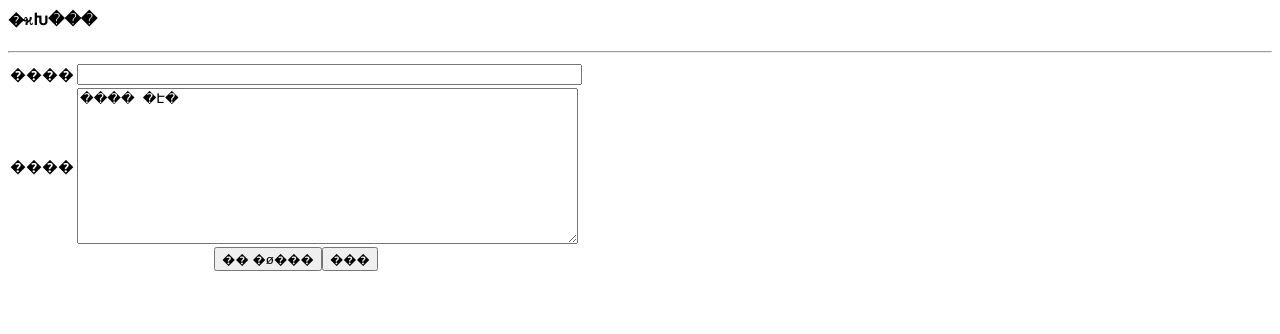
Repository: 2ujin/2018-PHP-afterschool
Page: http://localhost/CH06/ch06_05.php
An editor plug-in stored every save of this project. The page is shown before and after the next save, followed by the edit.
The browser window is 1280 px wide. The pictures show the whole page.
The page is run by PHP 8.4 with error messages shown; the project is at /var/www/html/.

Above is the page before, as saved 2018-07-31 01:10:59.

### PHPStudy/CH06/ch06_05.php
<html>
<h4>미니게시판</h4><hr>
<table  width = "60" cellspacing="1" cellpaddding="4">
<tr><td>제목</td><td><input type = text size = 60 id = title></input></td></tr>
<tr><td valign = "middle">내용</td><td><textarea name = "content" cols = "60" rows = "10">내용 입력</textarea></td></tr>
<tr><td colspan = "2" align="center"><input type = "submit" value = "글 올리기" id = "submit"><input type="submit" value = "취소" id = "cancel"></td></tr>
</table>

</html>
<?php

?>

After the next save:
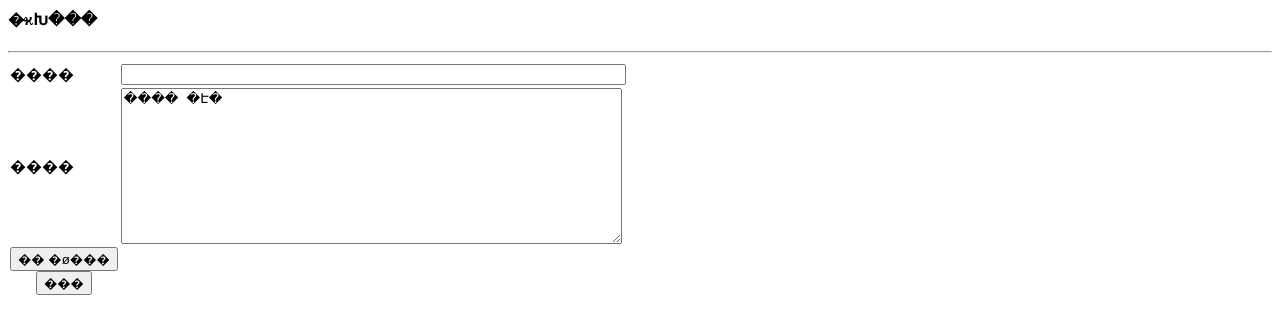
Saved 16 s later.
--- a/PHPStudy/CH06/ch06_05.php
+++ b/PHPStudy/CH06/ch06_05.php
@@ -3,7 +3,7 @@
 <table  width = "60" cellspacing="1" cellpaddding="4">
 <tr><td>제목</td><td><input type = text size = 60 id = title></input></td></tr>
 <tr><td valign = "middle">내용</td><td><textarea name = "content" cols = "60" rows = "10">내용 입력</textarea></td></tr>
-<tr><td colspan = "2" align="center"><input type = "submit" value = "글 올리기" id = "submit"><input type="submit" value = "취소" id = "cancel"></td></tr>
+<tr><td colspan = "1" align="center"><input type = "submit" value = "글 올리기" id = "submit"><input type="submit" value = "취소" id = "cancel"></td></tr>
 </table>
 
 </html>

After the save that followed:
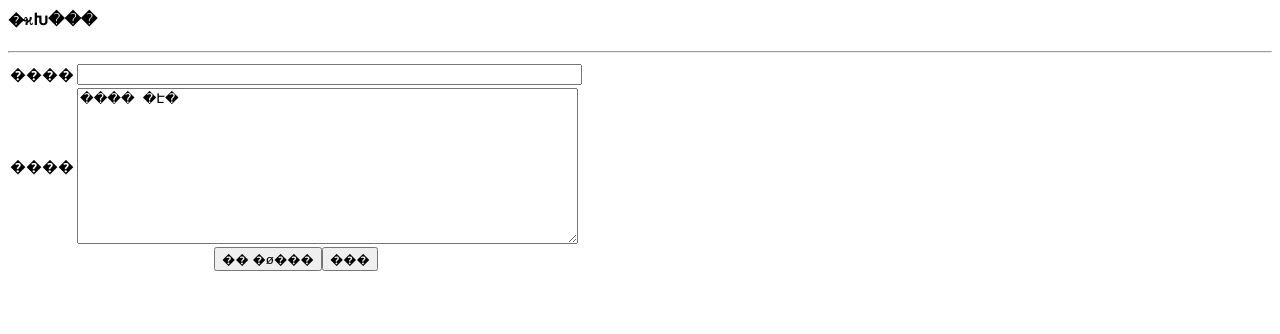
Saved 6 s later.
--- a/PHPStudy/CH06/ch06_05.php
+++ b/PHPStudy/CH06/ch06_05.php
@@ -3,7 +3,7 @@
 <table  width = "60" cellspacing="1" cellpaddding="4">
 <tr><td>제목</td><td><input type = text size = 60 id = title></input></td></tr>
 <tr><td valign = "middle">내용</td><td><textarea name = "content" cols = "60" rows = "10">내용 입력</textarea></td></tr>
-<tr><td colspan = "1" align="center"><input type = "submit" value = "글 올리기" id = "submit"><input type="submit" value = "취소" id = "cancel"></td></tr>
+<tr><td colspan = "3" align="center"><input type = "submit" value = "글 올리기" id = "submit"><input type="submit" value = "취소" id = "cancel"></td></tr>
 </table>
 
 </html>
